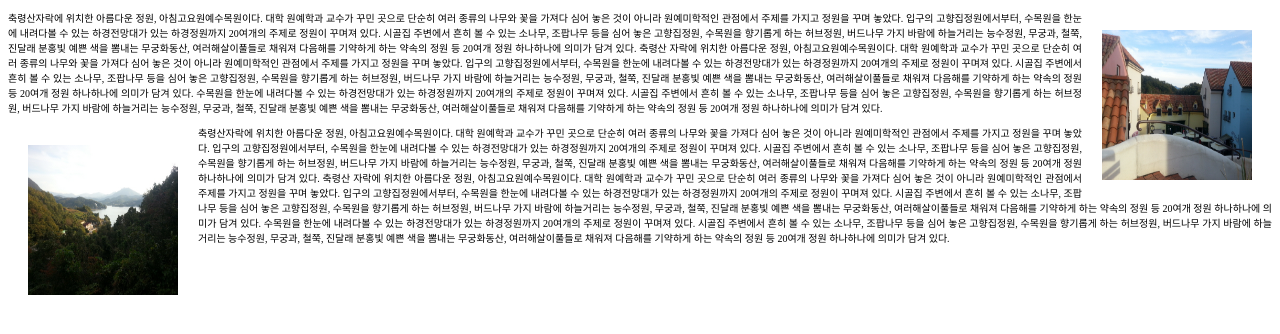
Repository: snowcuphea/webwork_class
Page: clientweb/WebContent/css/css_float_test02.html
These files come from the project's save history. The page is drawn as it stood at one moment and after the next save; the edit follows.
The browser window is 1280 px wide. The pictures show the whole page.

Above is the page before, as saved 2020-01-06 02:02:00.

### clientweb/WebContent/css/css_float_test02.html
<!DOCTYPE html>
<html>
<head>
<meta http-equiv="Content-Type" content="text/html; charset=EUC-KR">
<title>Insert title here</title>
<style type="text/css">


#garden1{
		float : right;
		margin : 20px;
		width : 150px;
		height : 150px;
}

#garden2{
		float : left;
		margin : 20px;
		width : 150px;
	height : 150px;
}

body{
	text-align: justify;
	font-size: 10px;
}

</style>
</head>
<body>

	<div id = "outer1">
	<div><img id = "garden1"  src="../images/m_garden01.jpg"/> </div>
	<p id="para1">
	축령산자락에 위치한 아름다운 정원, 아침고요원예수목원이다. 대학 원예학과 교수가 꾸민 곳으로 단순히 여러 종류의 나무와 꽃을 가져다
	심어 놓은 것이 아니라 원예미학적인 관점에서 주제를 가지고 정원을 꾸며 놓았다. 입구의 고향집정원에서부터, 수목원을 한눈에
	내려다볼 수 있는 하경전망대가 있는 하경정원까지 20여개의 주제로 정원이 꾸며져 있다. 시골집 주변에서 흔히 볼 수 있는
	소나무, 조팝나무 등을 심어 놓은 고향집정원, 수목원을 향기롭게 하는 허브정원, 버드나무 가지 바람에 하늘거리는 능수정원,
	무궁과, 철쭉, 진달래 분홍빛 예쁜 색을 뽐내는 무궁화동산, 여러해살이풀들로 채워져 다음해를 기약하게 하는 약속의 정원 등
	20여개 정원 하나하나에 의미가 담겨 있다. 축령산 자락에 위치한 아름다운 정원, 아침고요원예수목원이다. 대학 원예학과 교수가
	꾸민 곳으로 단순히 여러 종류의 나무와 꽃을 가져다 심어 놓은 것이 아니라 원예미학적인 관점에서 주제를 가지고 정원을 꾸며
	놓았다. 입구의 고향집정원에서부터, 수목원을 한눈에 내려다볼 수 있는 하경전망대가 있는 하경정원까지 20여개의 주제로 정원이
	꾸며져 있다. 시골집 주변에서 흔히 볼 수 있는 소나무, 조팝나무 등을 심어 놓은 고향집정원, 수목원을 향기롭게 하는 허브정원,
	버드나무 가지 바람에 하늘거리는 능수정원, 무궁과, 철쭉, 진달래 분홍빛 예쁜 색을 뽐내는 무궁화동산, 여러해살이풀들로 채워져
	다음해를 기약하게 하는 약속의 정원 등 20여개 정원 하나하나에 의미가 담겨 있다. 수목원을 한눈에 내려다볼 수 있는
	하경전망대가 있는 하경정원까지 20여개의 주제로 정원이 꾸며져 있다. 시골집 주변에서 흔히 볼 수 있는 소나무, 조팝나무 등을
	심어 놓은 고향집정원, 수목원을 향기롭게 하는 허브정원, 버드나무 가지 바람에 하늘거리는 능수정원, 무궁과, 철쭉, 진달래
	분홍빛 예쁜 색을 뽐내는 무궁화동산, 여러해살이풀들로 채워져 다음해를 기약하게 하는 약속의 정원 등 20여개 정원 하나하나에
	의미가 담겨 있다.
	</p>
	</div>


	<div id = "outer2">
	<div><img id="garden2"  src="../images/m_garden02.jpg"/> </div>
	<p id="para2">
	축령산자락에 위치한 아름다운 정원, 아침고요원예수목원이다. 대학 원예학과 교수가 꾸민 곳으로 단순히 여러 종류의 나무와 꽃을 가져다
	심어 놓은 것이 아니라 원예미학적인 관점에서 주제를 가지고 정원을 꾸며 놓았다. 입구의 고향집정원에서부터, 수목원을 한눈에
	내려다볼 수 있는 하경전망대가 있는 하경정원까지 20여개의 주제로 정원이 꾸며져 있다. 시골집 주변에서 흔히 볼 수 있는
	소나무, 조팝나무 등을 심어 놓은 고향집정원, 수목원을 향기롭게 하는 허브정원, 버드나무 가지 바람에 하늘거리는 능수정원,
	무궁과, 철쭉, 진달래 분홍빛 예쁜 색을 뽐내는 무궁화동산, 여러해살이풀들로 채워져 다음해를 기약하게 하는 약속의 정원 등
	20여개 정원 하나하나에 의미가 담겨 있다. 축령산 자락에 위치한 아름다운 정원, 아침고요원예수목원이다. 대학 원예학과 교수가
	꾸민 곳으로 단순히 여러 종류의 나무와 꽃을 가져다 심어 놓은 것이 아니라 원예미학적인 관점에서 주제를 가지고 정원을 꾸며
	놓았다. 입구의 고향집정원에서부터, 수목원을 한눈에 내려다볼 수 있는 하경전망대가 있는 하경정원까지 20여개의 주제로 정원이
	꾸며져 있다. 시골집 주변에서 흔히 볼 수 있는 소나무, 조팝나무 등을 심어 놓은 고향집정원, 수목원을 향기롭게 하는 허브정원,
	버드나무 가지 바람에 하늘거리는 능수정원, 무궁과, 철쭉, 진달래 분홍빛 예쁜 색을 뽐내는 무궁화동산, 여러해살이풀들로 채워져
	다음해를 기약하게 하는 약속의 정원 등 20여개 정원 하나하나에 의미가 담겨 있다. 수목원을 한눈에 내려다볼 수 있는
	하경전망대가 있는 하경정원까지 20여개의 주제로 정원이 꾸며져 있다. 시골집 주변에서 흔히 볼 수 있는 소나무, 조팝나무 등을
	심어 놓은 고향집정원, 수목원을 향기롭게 하는 허브정원, 버드나무 가지 바람에 하늘거리는 능수정원, 무궁과, 철쭉, 진달래
	분홍빛 예쁜 색을 뽐내는 무궁화동산, 여러해살이풀들로 채워져 다음해를 기약하게 하는 약속의 정원 등 20여개 정원 하나하나에
	의미가 담겨 있다.
	</p>
	</div>

</body>
</html>

After the next save:
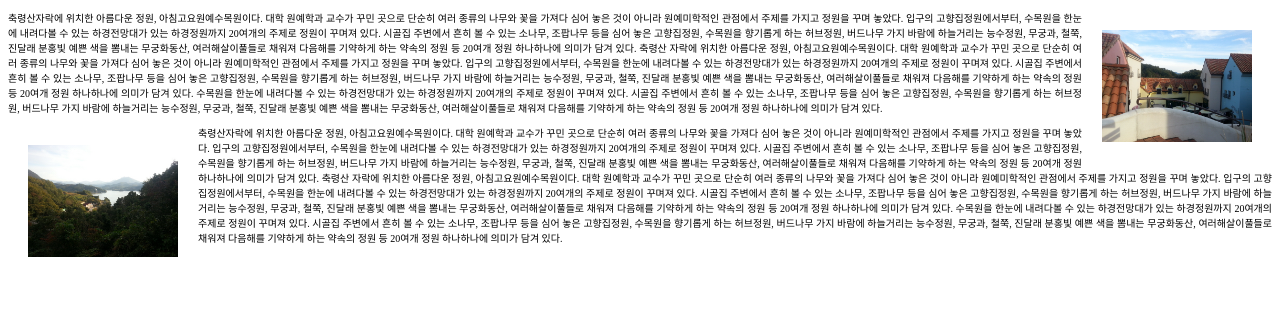
Saved 6 s later.
--- a/clientweb/WebContent/css/css_float_test02.html
+++ b/clientweb/WebContent/css/css_float_test02.html
@@ -10,14 +10,14 @@
 		float : right;
 		margin : 20px;
 		width : 150px;
-		height : 150px;
+
 }
 
 #garden2{
 		float : left;
 		margin : 20px;
 		width : 150px;
-	height : 150px;
+
 }
 
 body{

After the save that followed:
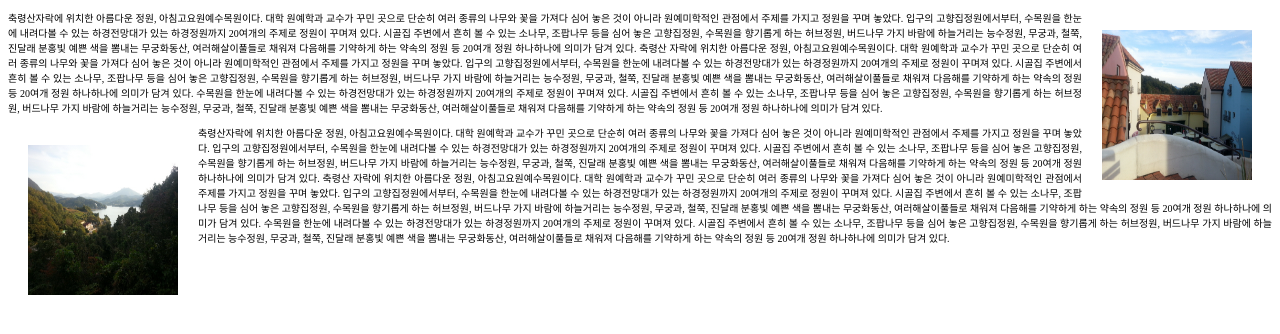
Saved 18 s later.
--- a/clientweb/WebContent/css/css_float_test02.html
+++ b/clientweb/WebContent/css/css_float_test02.html
@@ -10,6 +10,7 @@
 		float : right;
 		margin : 20px;
 		width : 150px;
+		height : 150px;
 
 }
 
@@ -17,6 +18,7 @@
 		float : left;
 		margin : 20px;
 		width : 150px;
+		height : 150px;
 
 }
 
